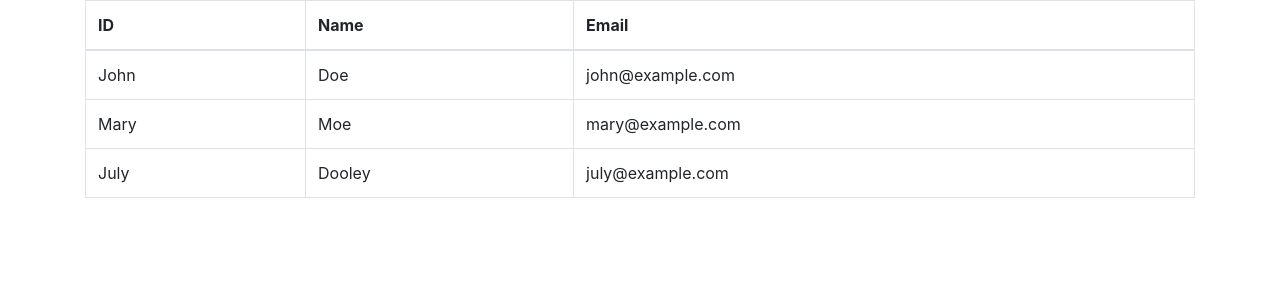
Repository: ArmanAli-cmd/EmployeeProjectDepartmentApplication
Page: http://localhost/EmployeeProjectDepartmentMVCApplication/views/employees.jsp
An editor plug-in stored every save of this project. The page is shown before and after the next save, followed by the edit.
The browser window is 1280 px wide. The pictures show the whole page.
The page is served by Tomcat 9.

Above is the page before, as saved 2024-01-17 16:57:43.

After the next save:
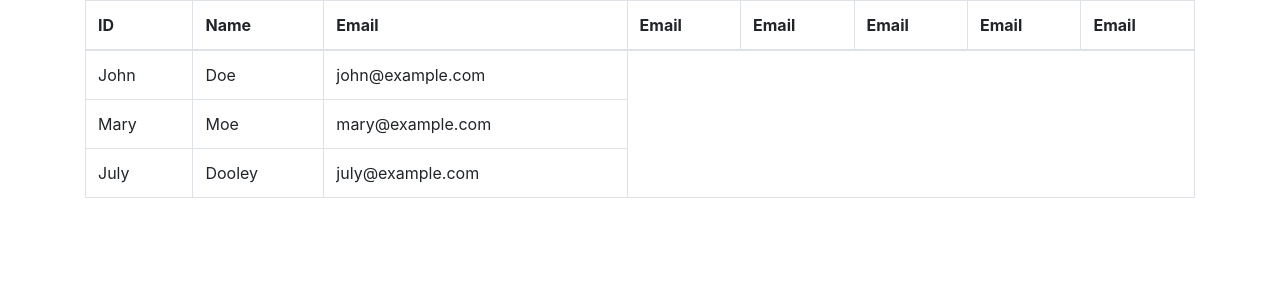
Saved 15 s later.
--- a/EmployeeProjectDepartmentMVCApplication/src/main/webapp/views/employees.jsp
+++ b/EmployeeProjectDepartmentMVCApplication/src/main/webapp/views/employees.jsp
@@ -25,6 +25,11 @@
 					<th>ID</th>
 					<th>Name</th>
 					<th>Email</th>
+					<th>Email</th>
+					<th>Email</th>
+					<th>Email</th>
+					<th>Email</th>
+					<th>Email</th>
 				</tr>
 			</thead>
 			<tbody>
